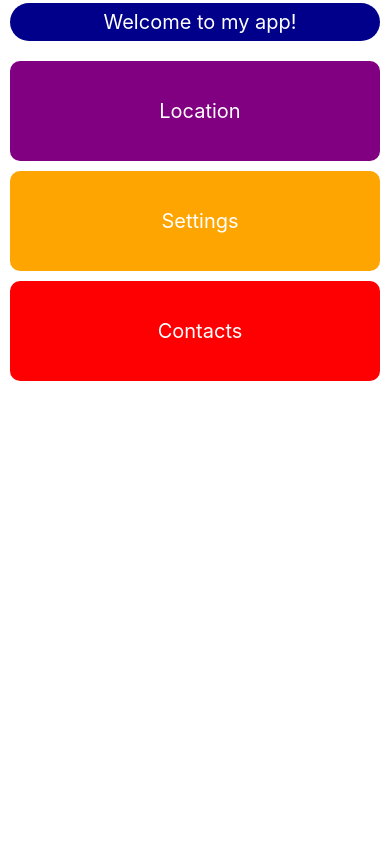
Repository: amirjavadikia/mobile-projectg
Screen: /
These files come from the project's save history. The screen is drawn as it stood at one moment and after the next save; the edit follows.
The app was drawn by React Native's web renderer in a window 390 px wide. The project was rebuilt for these pictures with package versions that can differ from the ones it lists, and the page was loaded fresh each time.

Above is the screen before, as saved 2024-04-25 00:00:23.

### App.tsx
import React from 'react';
import { View, Text, StyleSheet } from 'react-native';
import Icon from 'react-native-vector-icons/FontAwesome';



const MainPage = () => {
  return (
    <View style={styles.container}>

      <View style={[styles.blueBackground]}>
        <Text style={styles.text}>Welcome to my app!</Text>
      </View>


      <View style={[styles.box, styles.purpleBackground]}>



        <Text style={styles.text}>Location</Text>
      </View>


      <View style={[styles.box, styles.yellowBackground]}>
        <Text style={styles.text}>Settings</Text>
      </View>


      <View style={[styles.box, styles.redBackground]}>
        <Text style={styles.text}>Contacts</Text>
      </View>

    </View>
  );
};

const styles = StyleSheet.create({
  container: {
    justifyContent: 'center',
    alignItems: 'center',
    margin: 10
  },
  box: {
    width: '100%',
    height: 100,
    borderRadius: 10,
    marginBottom: 10,
    justifyContent: 'center',
    textAlign: 'center',
    alignItems: 'center',
  },
  blueBackground: {
    backgroundColor: '#01008A',
    borderRadius: 30,
    width: '100%',
    height: '10%',
    justifyContent: 'center',
    alignItems: 'center',
    marginBottom: 20
  },
  purpleBackground: {
    backgroundColor: '#810081',
  },
  yellowBackground: {
    backgroundColor: '#fea501',
  },
  redBackground: {
    backgroundColor: '#fe0002',
  },
  text: {
    color: 'white',
    fontSize: 20,
    marginLeft: 10,
  },
});

export default MainPage;

After the next save:
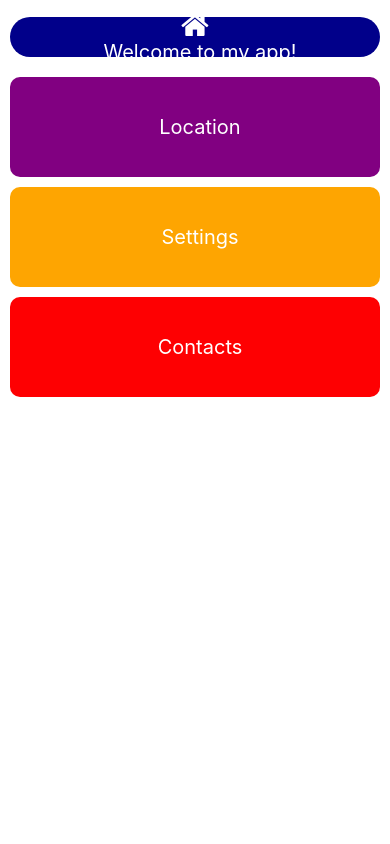
Saved 12 s later.
--- a/App.tsx
+++ b/App.tsx
@@ -9,6 +9,7 @@ const MainPage = () => {
     <View style={styles.container}>
 
       <View style={[styles.blueBackground]}>
+      <Icon name="home" size={30} color="white" />
         <Text style={styles.text}>Welcome to my app!</Text>
       </View>
 
